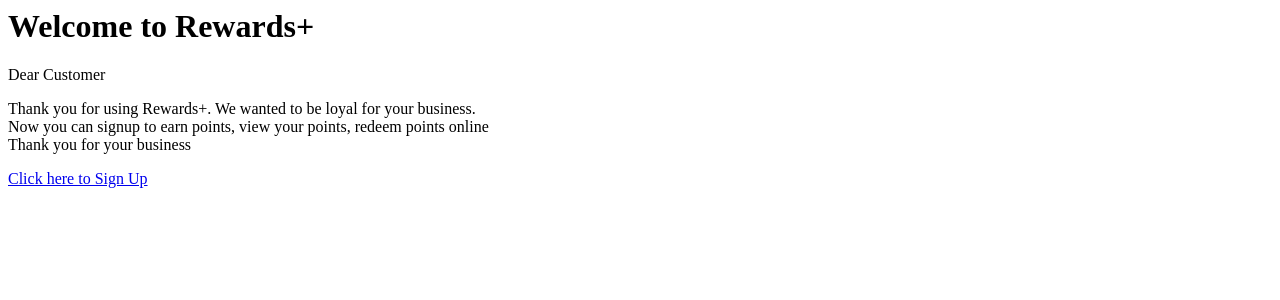
Repository: ahpraveen/springbootdemo
Page: demo/src/main/resources/static/home.html
An editor plug-in stored every save of this project. The page is shown before and after the next save, followed by the edit.
The browser window is 1280 px wide. The pictures show the whole page.

Above is the page before, as saved 2018-01-21 23:24:59.

### demo/src/main/resources/static/home.html
<html>
<head>
<title>Home - Rewards+</title>
</head>
<body>
<h1> Welcome to Rewards+</h1>
<p> Dear Customer</p>
<p> Thank you for using Rewards+. We wanted to be loyal for your business. <br> Now you can signup to earn points, view your points, redeem points online <br>
    Thank you for your business </p>
<a href=".././index.html">Click here to Sign Up</a>
</body>
</html>

After the next save:
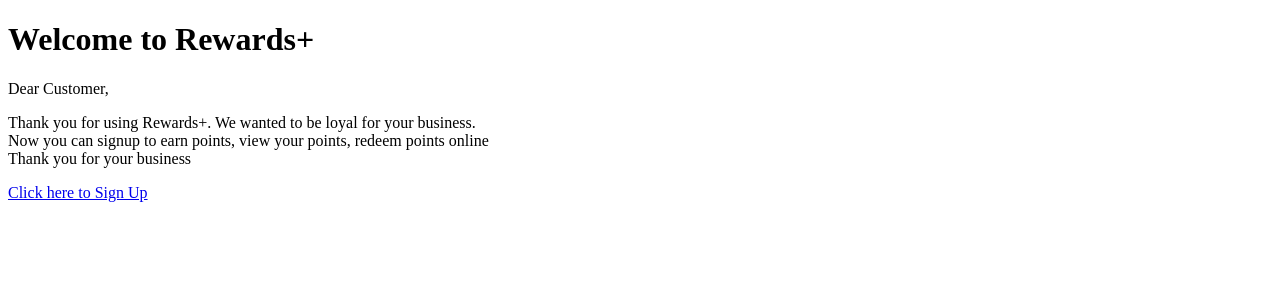
Saved 2 min 32 s later.
--- a/demo/src/main/resources/static/home.html
+++ b/demo/src/main/resources/static/home.html
@@ -1,10 +1,10 @@
-<html>
+<!DOCTYPE html>
 <head>
 <title>Home - Rewards+</title>
 </head>
 <body>
 <h1> Welcome to Rewards+</h1>
-<p> Dear Customer</p>
+<p> Dear Customer,</p>
 <p> Thank you for using Rewards+. We wanted to be loyal for your business. <br> Now you can signup to earn points, view your points, redeem points online <br>
     Thank you for your business </p>
 <a href=".././index.html">Click here to Sign Up</a>
